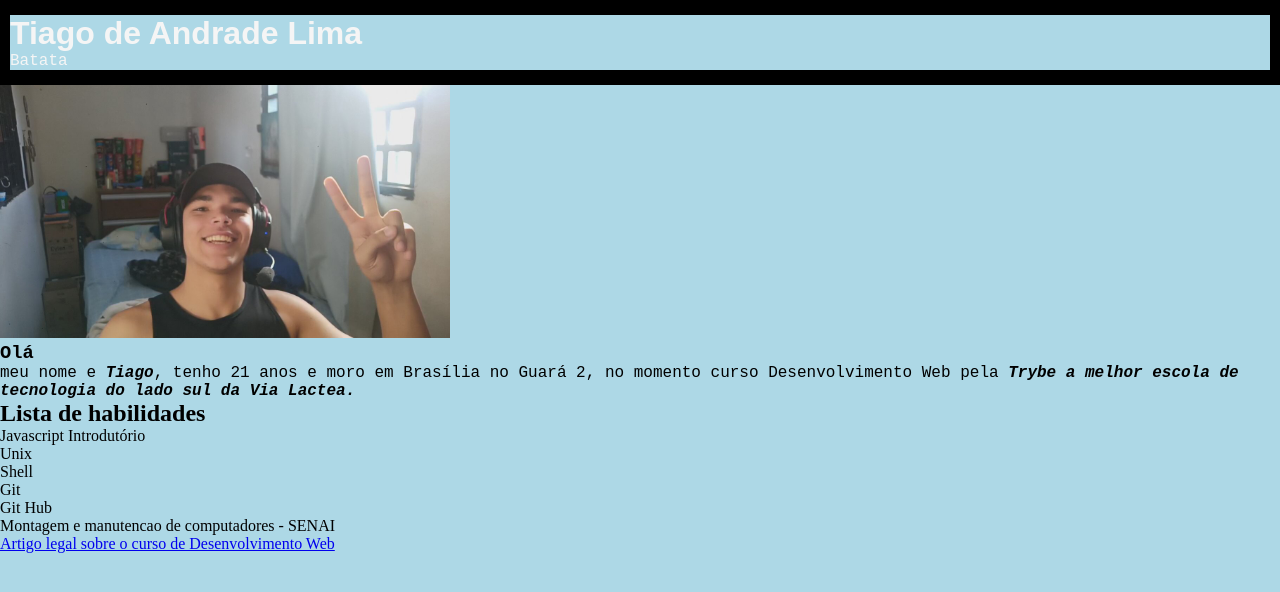
Repository: Batatiago/Batatiago.github.io
Page: index.html
An editor plug-in stored every save of this project. The page is shown before and after the next save, followed by the edit.
The browser window is 1280 px wide. The pictures show the whole page.

Above is the page before, as saved 2023-06-29 08:44:16.

After the next save:
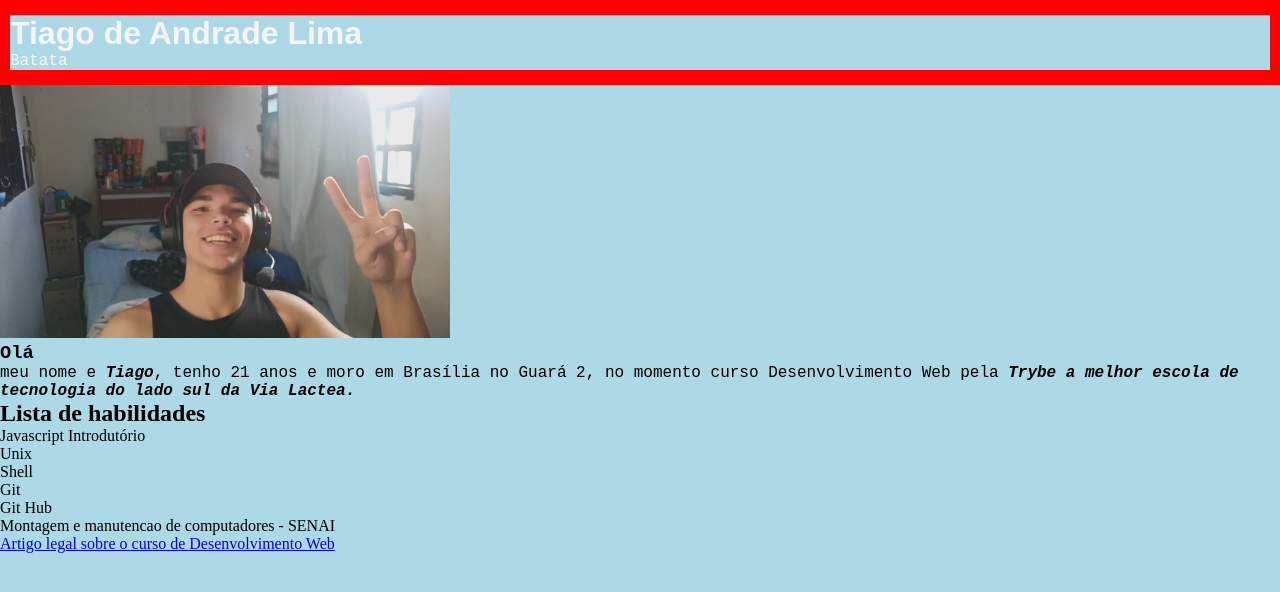
Saved 112 s later.
--- a/style.css
+++ b/style.css
@@ -7,7 +7,7 @@
 
 .titulo{
     text-align: justify;
-    background-color: black;
+    background-color: rgb(255, 0, 0);
     color: whitesmoke;
     padding: 15px 10px;
     }
